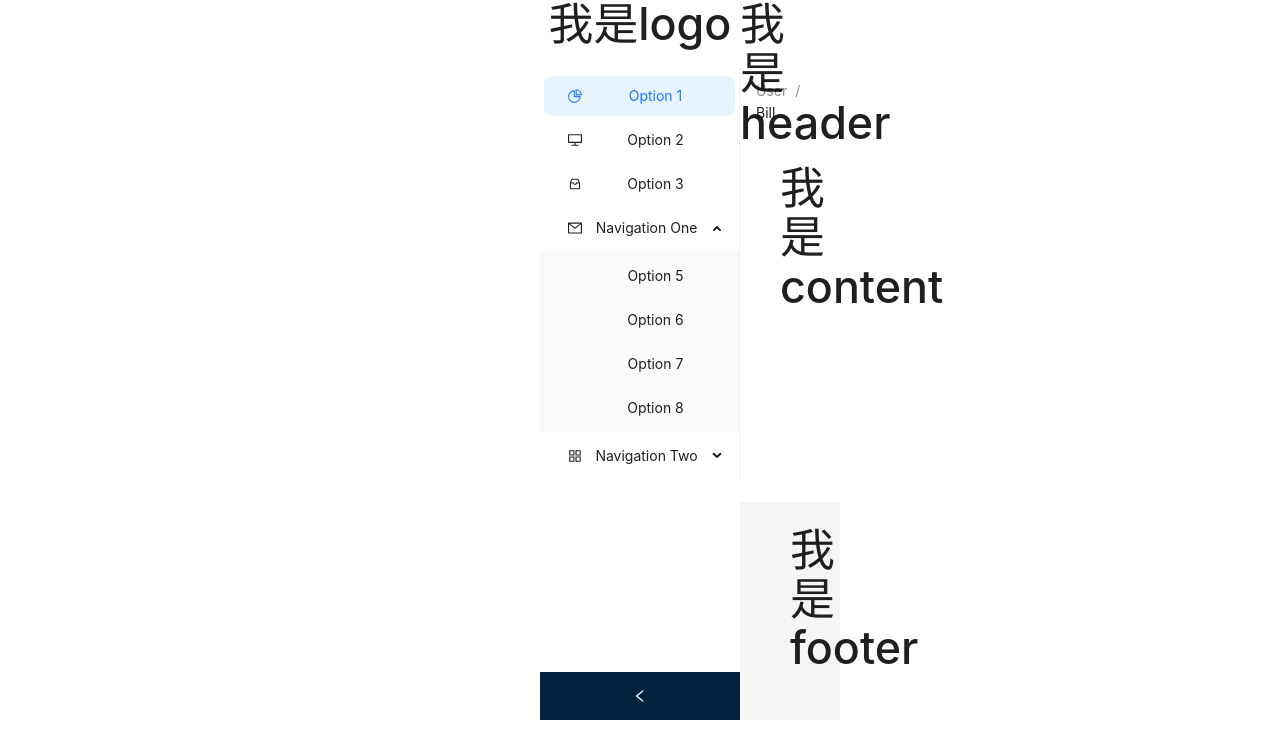
Repository: chenyl8848/chen-tool-collection
Page: /
These files come from the project's save history. The page is drawn as it stood at one moment and after the next save; the edit follows.
The browser window is 1280 px wide. The pictures show the whole page.
The project was rebuilt for these pictures with package versions that can differ from the ones it lists, and the page was loaded fresh each time. Also part of the build but not shown: vite.config.ts, src/components/HelloWorld.vue.

Above is the page before, as saved 2024-01-09 11:05:56.

After the next save:
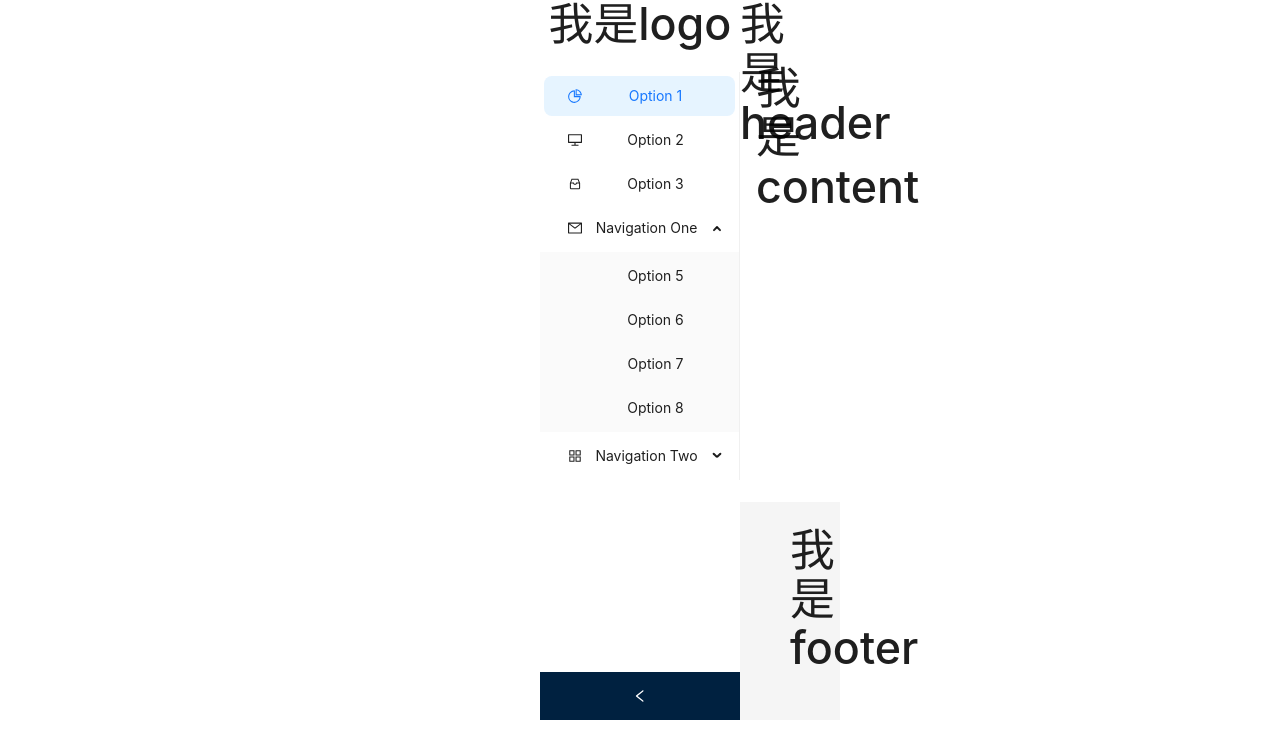
Saved 21 s later.
--- a/src/layout/index.vue
+++ b/src/layout/index.vue
@@ -24,13 +24,7 @@
                 <Header></Header>
             </a-layout-header>
             <a-layout-content class="layout-content">
-                <a-breadcrumb style="margin: 16px 0">
-                    <a-breadcrumb-item>User</a-breadcrumb-item>
-                    <a-breadcrumb-item>Bill</a-breadcrumb-item>
-                </a-breadcrumb>
-                <div :style="{ padding: '24px', background: '#fff', minHeight: '360px' }">
-                    <Content></Content>
-                </div>
+               <Content></Content>
             </a-layout-content>
             <a-layout-footer style="text-align: center">
                 <Footer></Footer>
